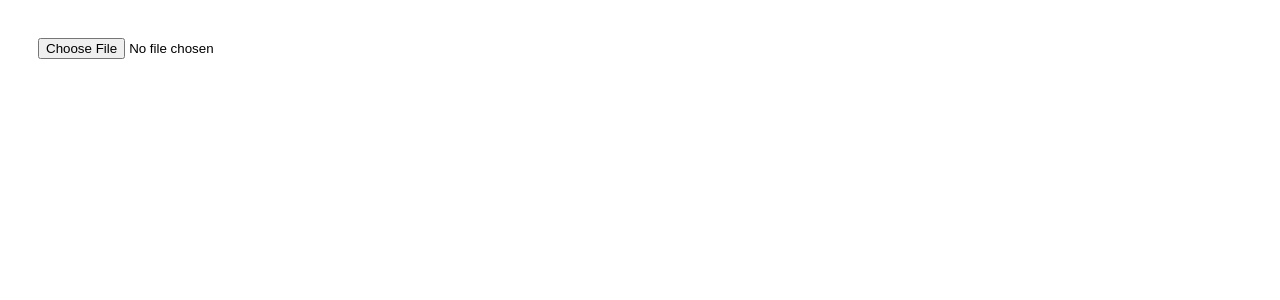
Repository: Gaays/camera-watermark
Page: /
An editor plug-in stored every save of this project. The page is shown before and after the next save, followed by the edit.
The browser window is 1280 px wide. The pictures show the whole page.
The project was rebuilt for these pictures with package versions that can differ from the ones it lists, and the page was loaded fresh each time. Also part of the build but not shown: vue.config.js.

Above is the page before, as saved 2024-08-17 20:38:23.

### src/App.vue
<template>
  <CameraWatermark />
</template>

<script setup>
import CameraWatermark from './components/cameraWatermark.vue'

</script>

<style>
*{
  box-sizing: border-box;
}
</style>

### src/components/cameraWatermark.vue
<template>
  <div class="content">
    <input type="file" id="fileInput" accept="image/*" @change="handleFileChange">
    <div class="show-box">
      <div class="img-box">
        <img v-if="imgSrc" :src="imgSrc">
      </div>
      <div class="data-box">
        <span>{{ output }}</span>
      </div>
    </div>
  </div>
</template>

<script setup>
import { ref } from 'vue'
import EXIF from 'exif-js'

const output = ref('')
const imgSrc = ref()
const handleFileChange = (event) => {
  const file = event.target.files[0];
  if (file) {
    const reader = new FileReader();

    reader.onload = function (e) {
      const arrayBuffer = e.target.result;
      imgSrc.value = URL.createObjectURL(file);
      const exifData = EXIF.readFromBinaryFile(arrayBuffer);
      // // 显示元信息
      output.value = JSON.stringify(exifData, null, 2);
    };

    reader.readAsArrayBuffer(file);
  }
}
</script>

<!-- Add "scoped" attribute to limit CSS to this component only -->
<style lang="scss" scoped>
.content {
  width: 100%;
  height: 100%;
  padding: 30px 30px;

  .show-box {
    width: 100%;
    height: 100%;
    display: flex;

    .img-box {
      width: calc(100% - 300px);
      height: 100%;

      img {
        width: 100%;
        height: auto;
      }
    }

    .data-box {
      width: 300px;
      height: 100%;
      overflow: auto;
    }
  }
}
</style>

Loaded but not shown: public/index.html (common file); src/main.js (common file)

After the next save:
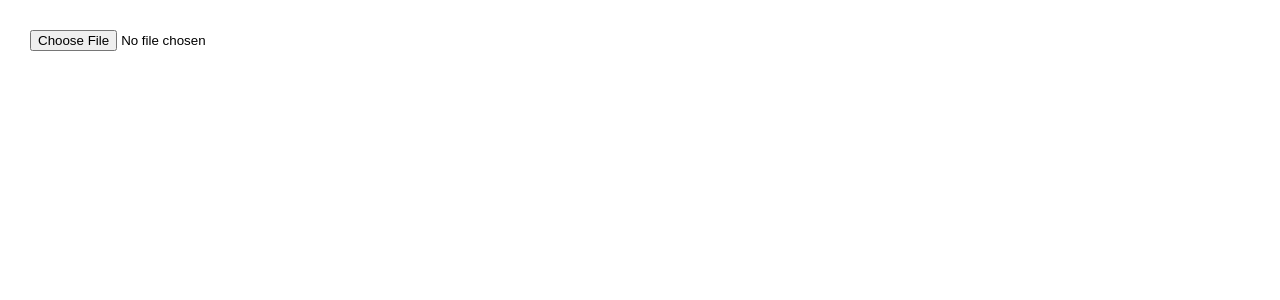
Saved 33 s later.
--- a/src/App.vue
+++ b/src/App.vue
@@ -8,7 +8,15 @@ import CameraWatermark from './components/cameraWatermark.vue'
 </script>
 
 <style>
-*{
+* {
   box-sizing: border-box;
 }
-</style>
+
+html,
+body,
+#app {
+  margin: 0;
+  padding: 0;
+  width: 100vw;
+  height: 100vh;
+}</style>
